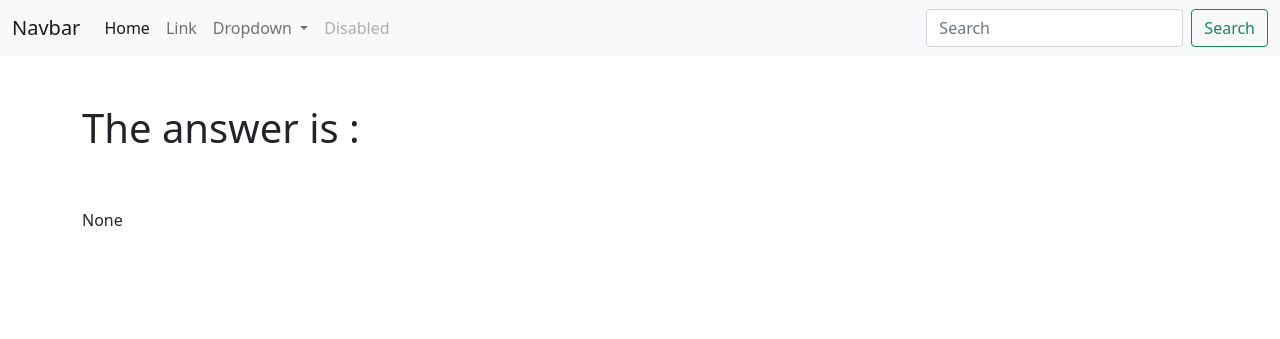
Repository: thenameisshreyank/Textutility
Page: http://localhost/analyze/
These files come from the project's save history. The page is drawn as it stood at one moment and after the next save; the edit follows.
The browser window is 1280 px wide. The pictures show the whole page.
The page is served by the project's application, run on Django 4.2 (manage.py).

Above is the page before, as saved 2022-04-15 11:08:34.

After the next save:
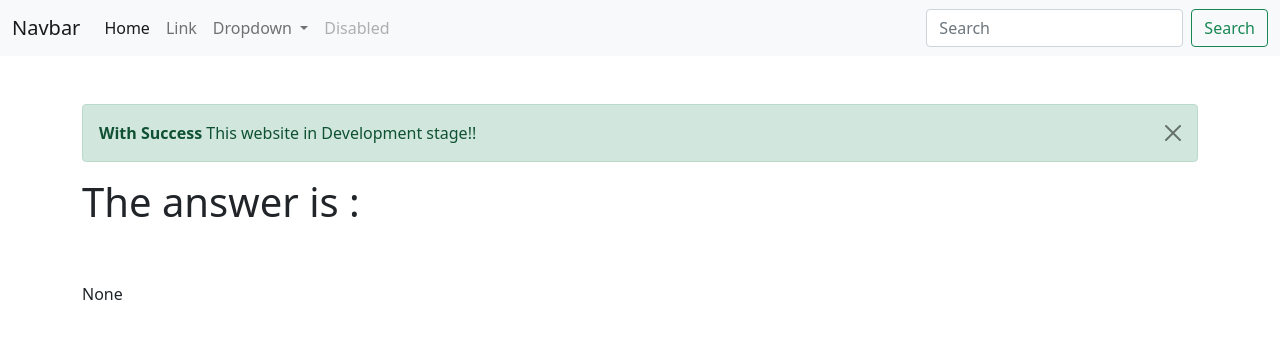
Saved 37 s later.
--- a/templates/analyze.html
+++ b/templates/analyze.html
@@ -45,6 +45,10 @@
         </div>
       </nav><br><br>
       <div class="container">
+        <div class="alert alert-success alert-dismissible fade show" role="alert">
+            <strong>With Success</strong> This website in Development stage!!
+            <button type="button" class="btn-close" data-bs-dismiss="alert" aria-label="Close"></button>
+          </div>
     <h1>The answer is : </h1><br><br>
     {{ans}}
 </div>
